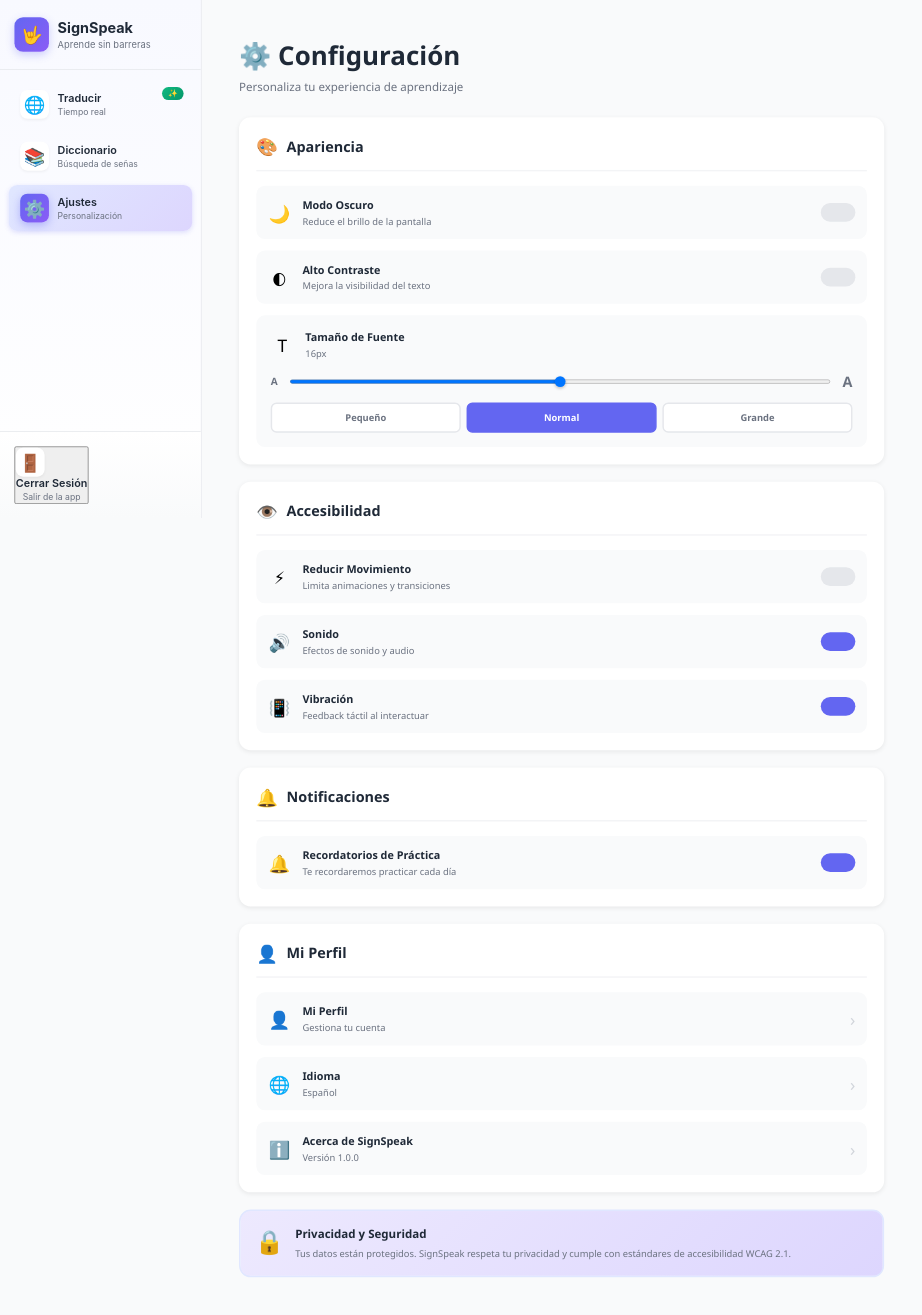
Repository: Aucarure/SignSpeak
Page: /ajustes (app in Usuario/frontend/)
These files come from the project's save history. The page is drawn as it stood at one moment and after the next save; the edit follows.
The browser window is 1280 px wide. The pictures show the whole page, at 72% of full size.
The project was rebuilt for these pictures with package versions that can differ from the ones it lists, and the page was loaded fresh each time. Also part of the build but not shown: Usuario/frontend/vite.config.js, Usuario/frontend/src/pages/Translator.jsx, Usuario/frontend/src/pages/Learn.jsx, Usuario/frontend/src/pages/Dictionary.jsx, Usuario/frontend/src/pages/Profile.jsx, Usuario/frontend/src/api/diccionario.js, Usuario/frontend/src/hooks/useDiccionario.js, Usuario/frontend/src/components/diccionario/SenaCard.jsx and 2 more.

Above is the page before, as saved 2025-12-05 01:56:53.

### Usuario/frontend/src/index.css
body {
  margin: 0;
  font-family: -apple-system, BlinkMacSystemFont, 'Segoe UI', 'Roboto', 'Oxygen',
    'Ubuntu', 'Cantarell', 'Fira Sans', 'Droid Sans', 'Helvetica Neue',
    sans-serif;
  -webkit-font-smoothing: antialiased;
  -moz-osx-font-smoothing: grayscale;
}

code {
  font-family: source-code-pro, Menlo, Monaco, Consolas, 'Courier New',
    monospace;
}

#root {
  min-height: 100vh;
}

### Usuario/frontend/src/App.jsx
import React from 'react';
import { BrowserRouter, Routes, Route, Navigate } from 'react-router-dom';
import MainLayout from './components/Layout/MainLayout';
import Translator from './pages/Translator';
import Learn from './pages/Learn';
import Dictionary from './pages/Dictionary';
import Settings from './pages/Settings';
import Profile from './pages/Profile';  // ✅ AGREGAR ESTA LÍNEA
import DiccionarioPage from './pages/diccionario/DiccionarioPage';
import './App.css';

function App() {
  return (
    <BrowserRouter>
      <Routes>
        <Route path="/" element={<MainLayout />}>
          <Route index element={<Navigate to="/traducir" replace />} />
          <Route path="aprender" element={<Learn />} />
          <Route path="traducir" element={<Translator />} />
          <Route path="diccionario" element={<DiccionarioPage />} />
          <Route path="ajustes" element={<Settings />} />
          <Route path="profile" element={<Profile />} />  {/* ✅ AGREGAR ESTA LÍNEA */}
        </Route>
      </Routes>
    </BrowserRouter>
  );
}

export default App;

### Usuario/frontend/src/components/Layout/MainLayout.jsx
import React from 'react';
import { Outlet } from 'react-router-dom';
import Sidebar from './Sidebar';
import './MainLayout.css';

function MainLayout() {
  return (
    <div className="main-layout">
      <Sidebar />
      <div className="content-area">
        <Outlet />
      </div>
    </div>
  );
}

export default MainLayout;

### Usuario/frontend/src/App.css
* {
  box-sizing: border-box;
  margin: 0;
  padding: 0;
}

body {
  font-family: -apple-system, BlinkMacSystemFont, 'Segoe UI', 'Roboto', 'Oxygen',
    'Ubuntu', 'Cantarell', 'Fira Sans', 'Droid Sans', 'Helvetica Neue',
    sans-serif;
  -webkit-font-smoothing: antialiased;
  -moz-osx-font-smoothing: grayscale;
  background: #f9fafb;
}

button {
  font-family: inherit;
}

.App {
  min-height: 100vh;
}


/* AGREGAR AL INICIO DE APP.CSS */

/* Reset global para eliminar espacios blancos */
* {
  margin: 0;
  padding: 0;
  box-sizing: border-box;
}

html {
  height: 100%;
  width: 100%;
}

body {
  height: 100%;
  width: 100%;
  margin: 0;
  padding: 0;
  overflow-x: hidden;
}

#root {
  min-height: 100vh;
  width: 100%;
  display: flex;
  flex-direction: column;
}

.App {
  min-height: 100vh;
  width: 100%;
  display: flex;
}

.app-container {
  display: flex;
  width: 100%;
  min-height: 100vh;
}

.main-content {
  flex: 1;
  min-height: 100vh;
  overflow-y: auto;
}

.sidebar {
  min-height: 100vh;
}

/* Modo oscuro - Sin espacios blancos */
html.dark-mode,
body.dark-mode {
  background-color: #0f172a !important;
}

body.dark-mode #root,
body.dark-mode .App,
body.dark-mode .app-container,
body.dark-mode .main-content {
  background-color: #0f172a !important;
}

### Usuario/frontend/src/components/Layout/Sidebar.jsx
import React from 'react';
import { useNavigate, useLocation } from 'react-router-dom';
import './Sidebar.css';

function Sidebar() {
  const navigate = useNavigate();
  const location = useLocation();

  const menuItems = [
    {
      id: 'translate',
      icon: '🌐',
      title: 'Traducir',
      subtitle: 'Tiempo real',
      path: '/traducir',
      badge: '✨'
    },
    {
      id: 'dictionary',
      icon: '📚',
      title: 'Diccionario',
      subtitle: 'Búsqueda de señas',
      path: '/diccionario'
    },
    {
      id: 'settings',
      icon: '⚙️',
      title: 'Ajustes',
      subtitle: 'Personalización',
      path: '/ajustes'
    }
  ];

  const handleLogout = () => {
    if (window.confirm('¿Estás seguro de cerrar sesión?')) {
      // Limpiar todo el localStorage
      localStorage.removeItem('token');
      localStorage.removeItem('refreshToken');
      localStorage.removeItem('user');

      // Redirigir al login externo
      window.location.href = 'http://localhost:3000/login';
    }
  };

  const isActive = (path) => location.pathname === path;

  return (
    <div className="sidebar">
      {/* Header */}
      <div className="sidebar-header">
        <div className="logo-container">
          <div className="logo-icon">🤟</div>
          <div className="logo-text">
            <h1>SignSpeak</h1>
            <p>Aprende sin barreras</p>
          </div>
        </div>
      </div>

      {/* Menu Items */}
      <nav className="sidebar-nav">
        {menuItems.map((item) => (
          <button
            key={item.id}
            className={`menu-item ${isActive(item.path) ? 'active' : ''}`}
            onClick={() => navigate(item.path)}
          >
            <div className="menu-icon">{item.icon}</div>
            <div className="menu-content">
              <span className="menu-title">{item.title}</span>
              <span className="menu-subtitle">{item.subtitle}</span>
            </div>
            {item.badge && <span className="menu-badge">{item.badge}</span>}
          </button>
        ))}
      </nav>

      {/* Footer - Botón Cerrar Sesión */}
      <div className="sidebar-footer">
        <button className="logout-button" onClick={handleLogout}>
          <div className="menu-icon">🚪</div>
          <div className="menu-content">
            <span className="menu-title">Cerrar Sesión</span>
            <span className="menu-subtitle">Salir de la app</span>
          </div>
        </button>
      </div>
    </div>
  );
}

export default Sidebar;

### Usuario/frontend/src/components/Layout/MainLayout.css
.main-layout {
  display: flex;
  min-height: 100vh;
  background: #f9fafb;
}

.content-area {
  flex: 1;
  margin-left: 280px;
  padding: 32px;
  overflow-y: auto;
}

@media (max-width: 768px) {
  .content-area {
    margin-left: 0;
    padding: 16px;
  }
}

### Usuario/frontend/src/pages/Pages.css
.page-container {
  max-width: 1400px;
  margin: 0 auto;
}

.content-card {
  background: white;
  border-radius: 16px;
  padding: 48px;
  box-shadow: 0 4px 16px rgba(0, 0, 0, 0.08);
  text-align: center;
}

.empty-state {
  max-width: 500px;
  margin: 0 auto;
}

.empty-icon {
  font-size: 80px;
  margin-bottom: 24px;
}

.empty-state h2 {
  font-size: 24px;
  font-weight: 600;
  color: #1f2937;
  margin: 0 0 12px 0;
}

.empty-state p {
  font-size: 16px;
  color: #6b7280;
  margin: 0;
}


/* Modo Oscuro */
body.dark-mode {
  background-color: #1f2937;
  color: #f9fafb;
}

body.dark-mode .page-container,
body.dark-mode .section {
  background-color: #374151;
  color: #f9fafb;
}

/* Alto Contraste */
body.high-contrast {
  filter: contrast(1.2);
}

body.high-contrast * {
  border-color: #000 !important;
}

/* Movimiento Reducido */
body.reduced-motion * {
  animation: none !important;
  transition: none !important;
}

/* Slider personalizado */
input[type="range"]::-webkit-slider-thumb {
  appearance: none;
  width: 20px;
  height: 20px;
  border-radius: 50%;
  background: #6366f1;
  cursor: pointer;
  box-shadow: 0 2px 4px rgba(0, 0, 0, 0.2);
}

input[type="range"]::-moz-range-thumb {
  width: 20px;
  height: 20px;
  border-radius: 50%;
  background: #6366f1;
  cursor: pointer;
  border: none;
  box-shadow: 0 2px 4px rgba(0, 0, 0, 0.2);
}

/* Toggle Switch Animation */
.toggle input:checked + span::before {
  transform: translateX(22px);
}

### Usuario/frontend/src/components/Layout/Sidebar.css
.sidebar {
  width: 280px;
  height: 100vh;
  background: linear-gradient(180deg, #f8f9ff 0%, #ffffff 100%);
  border-right: 1px solid #e5e7eb;
  display: flex;
  flex-direction: column;
  position: fixed;
  left: 0;
  top: 0;
  overflow-y: auto;
}

/* Header */
.sidebar-header {
  padding: 24px 20px;
  border-bottom: 1px solid #e5e7eb;
}

.logo-container {
  display: flex;
  align-items: center;
  gap: 12px;
}

.logo-icon {
  width: 48px;
  height: 48px;
  background: linear-gradient(135deg, #6366f1 0%, #8b5cf6 100%);
  border-radius: 12px;
  display: flex;
  align-items: center;
  justify-content: center;
  font-size: 24px;
  box-shadow: 0 4px 12px rgba(99, 102, 241, 0.3);
}

.logo-text h1 {
  font-size: 20px;
  font-weight: 700;
  color: #1f2937;
  margin: 0;
}

.logo-text p {
  font-size: 13px;
  color: #6b7280;
  margin: 2px 0 0 0;
}

/* Navigation */
.sidebar-nav {
  flex: 1;
  padding: 16px 12px;
  display: flex;
  flex-direction: column;
  gap: 8px;
}

.menu-item {
  display: flex;
  align-items: center;
  gap: 12px;
  padding: 12px 16px;
  background: transparent;
  border: none;
  border-radius: 12px;
  cursor: pointer;
  transition: all 0.2s ease;
  text-align: left;
  position: relative;
}

.menu-item:hover {
  background: #f3f4f6;
}

.menu-item.active {
  background: linear-gradient(135deg, #e0e7ff 0%, #ddd6fe 100%);
  box-shadow: 0 2px 8px rgba(99, 102, 241, 0.2);
}

.menu-icon {
  font-size: 24px;
  width: 40px;
  height: 40px;
  display: flex;
  align-items: center;
  justify-content: center;
  background: white;
  border-radius: 10px;
  box-shadow: 0 2px 4px rgba(0, 0, 0, 0.05);
}

.menu-item.active .menu-icon {
  background: linear-gradient(135deg, #6366f1 0%, #8b5cf6 100%);
  box-shadow: 0 4px 12px rgba(99, 102, 241, 0.4);
}

.menu-content {
  flex: 1;
  display: flex;
  flex-direction: column;
}

.menu-title {
  font-size: 15px;
  font-weight: 600;
  color: #1f2937;
}

.menu-subtitle {
  font-size: 12px;
  color: #6b7280;
  margin-top: 2px;
}

.menu-badge {
  position: absolute;
  top: 8px;
  right: 12px;
  background: linear-gradient(135deg, #10b981 0%, #059669 100%);
  color: white;
  padding: 2px 8px;
  border-radius: 12px;
  font-size: 11px;
  font-weight: 600;
}

/* Footer Progress */
.sidebar-footer {
  padding: 20px;
  border-top: 1px solid #e5e7eb;
  background: linear-gradient(180deg, #ffffff 0%, #f9fafb 100%);
}

.progress-section {
  background: white;
  padding: 16px;
  border-radius: 12px;
  box-shadow: 0 2px 8px rgba(0, 0, 0, 0.05);
}

.progress-header {
  display: flex;
  justify-content: space-between;
  align-items: center;
  margin-bottom: 12px;
}

.progress-header span {
  font-size: 13px;
  color: #6b7280;
  font-weight: 500;
}

.progress-level {
  background: linear-gradient(135deg, #10b981 0%, #059669 100%);
  color: white;
  padding: 4px 12px;
  border-radius: 12px;
  font-size: 12px;
  font-weight: 600;
}

.progress-bar-container {
  height: 8px;
  background: #e5e7eb;
  border-radius: 4px;
  overflow: hidden;
  margin-bottom: 8px;
}

.progress-bar {
  height: 100%;
  background: linear-gradient(90deg, #6366f1 0%, #8b5cf6 100%);
  border-radius: 4px;
  transition: width 0.3s ease;
}

.progress-text {
  font-size: 11px;
  color: #6b7280;
  margin: 0;
}

/* Scrollbar */
.sidebar::-webkit-scrollbar {
  width: 6px;
}

.sidebar::-webkit-scrollbar-track {
  background: transparent;
}

.sidebar::-webkit-scrollbar-thumb {
  background: #d1d5db;
  border-radius: 3px;
}

.sidebar::-webkit-scrollbar-thumb:hover {
  background: #9ca3af;
}

Loaded but not shown: Usuario/frontend/index.html (common file); Usuario/frontend/src/main.jsx (common file); Usuario/frontend/src/pages/Settings.jsx (631 lines, source omitted)

After the next save:
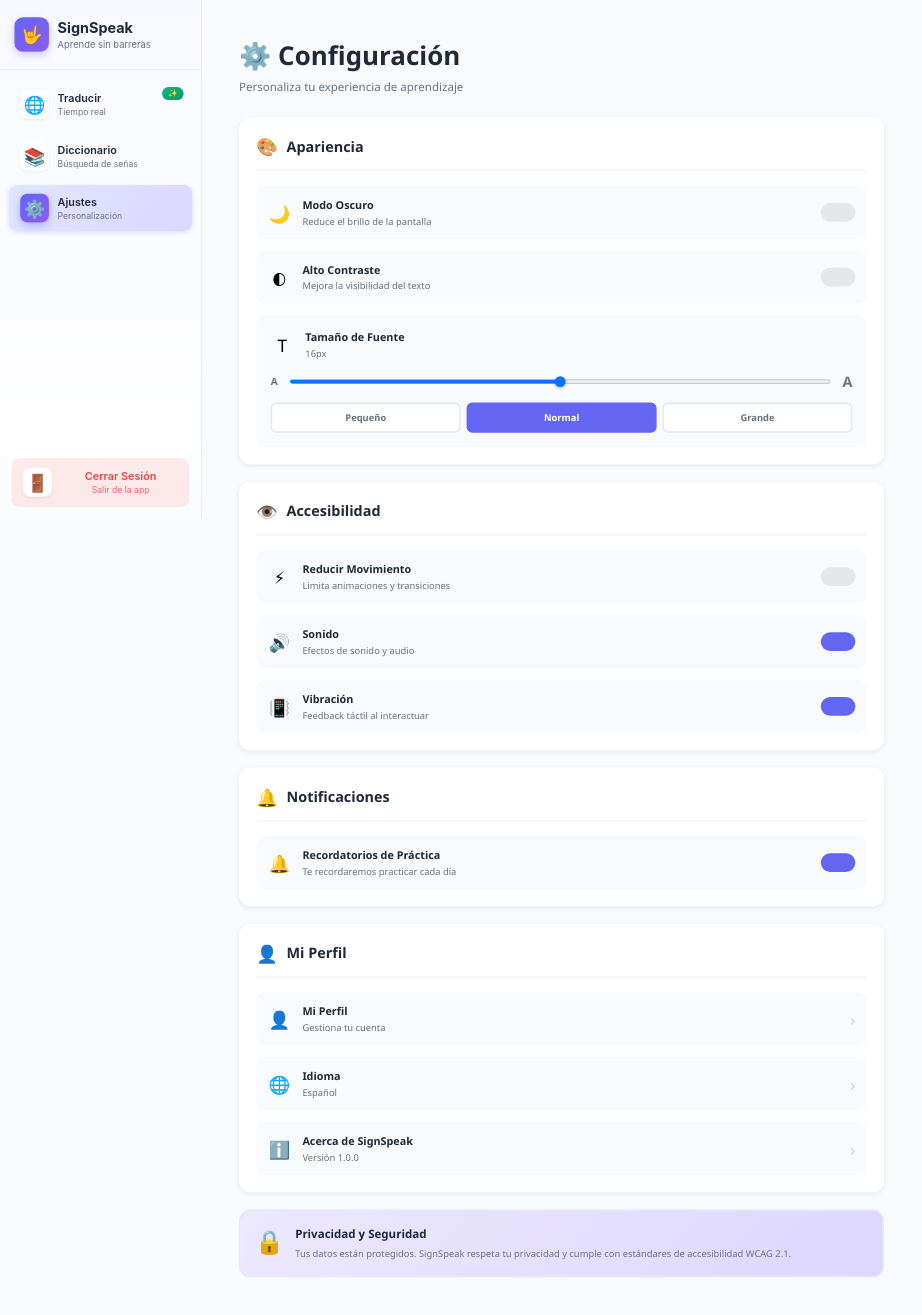
Saved 14 s later.
--- a/Usuario/frontend/src/components/Layout/Sidebar.css
+++ b/Usuario/frontend/src/components/Layout/Sidebar.css
@@ -201,3 +201,38 @@
 .sidebar::-webkit-scrollbar-thumb:hover {
   background: #9ca3af;
 }
+
+/* Footer con botón de cerrar sesión */
+.sidebar-footer {
+  margin-top: auto;
+  padding: 1rem;
+  border-top: 1px solid rgba(255, 255, 255, 0.1);
+}
+
+.logout-button {
+  width: 100%;
+  display: flex;
+  align-items: center;
+  gap: 1rem;
+  padding: 0.875rem 1rem;
+  background: rgba(239, 68, 68, 0.1);
+  border: none;
+  border-radius: 12px;
+  cursor: pointer;
+  transition: all 0.3s ease;
+  color: #ef4444;
+}
+
+.logout-button:hover {
+  background: rgba(239, 68, 68, 0.2);
+  transform: translateX(4px);
+}
+
+.logout-button .menu-title {
+  color: #ef4444;
+  font-weight: 600;
+}
+
+.logout-button .menu-subtitle {
+  color: rgba(239, 68, 68, 0.8);
+}
